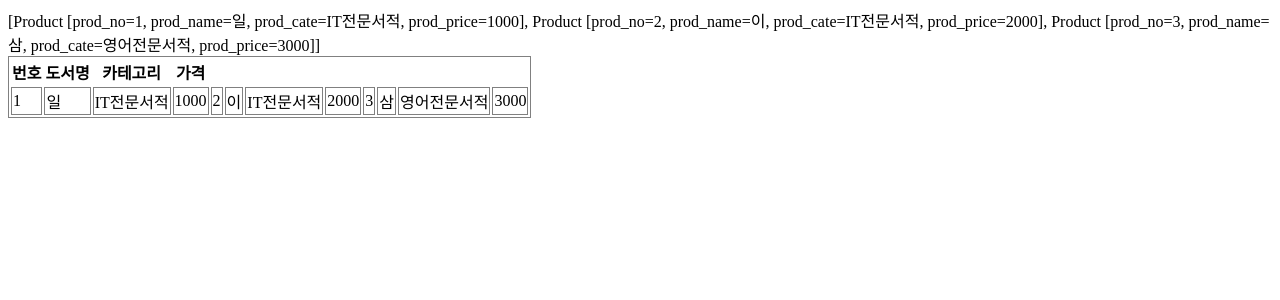
Repository: phoresis92/KITRI_JSP
Page: http://localhost/eljstl2/product.do
An editor plug-in stored every save of this project. The page is shown before and after the next save, followed by the edit.
The browser window is 1280 px wide. The pictures show the whole page.
The page is served by Tomcat 9. Other server files are loaded and not shown.

Above is the page before, as saved 2018-12-20 07:05:15.

### JSP_workspace/eljstl2/WebContent/productlistresult.jsp
<%@ page import="dto.Product"%>
<%@ page import="java.util.ArrayList"%>
<%@ page language="java" contentType="text/html; charset=UTF-8"
	pageEncoding="UTF-8"%>
<%@ taglib prefix="c" uri="http://java.sun.com/jsp/jstl/core" %>
<!DOCTYPE html>
<html>
<head>
<meta charset="UTF-8">
<title>Insert title here</title>

<style type="text/css">
td {
	border: 1px solid gray;
}
</style>

</head>
<body>

	<%-- 	<%
		ArrayList<Product> list = (ArrayList<Product>) request.getAttribute("PROD");
		Product p1 = list.get(0);
		Product p2 = list.get(1);
		Product p3 = list.get(2);
	%>

	<table style="border: 1px solid gray;">
		<tr>
			<th>번호</th>
			<th>도서명</th>
			<th>카테고리</th>
			<th>가격</th>
		</tr>
		<%
			for (Product p : list) {
		%>
		<tr>
			<td><%=p.getProd_no()%></td>
			<td><%=p.getProd_name()%></td>
			<td><%=p.getProd_cate()%></td>
			<td><%=p.getProd_price()%></td>
		</tr>
		<%
			}
		%>

	</table> --%>

	<c:set var="list" value="${ PROD }" />
	${ list } <br>
	<table style="border: 1px solid gray;">
		<tr>
			<th>번호</th>
			<th>도서명</th>
			<th>카테고리</th>
			<th>가격</th>
		</tr>

	<c:forEach items="${ list }" var="prod" varStatus="status">
		<td>${prod.prod_no}</td>
		<td>${prod.prod_name}</td>
		<td>${prod.prod_cate}</td>
		<td>${prod.prod_price}</td>
	</c:forEach>

	</table>

</body>
</html>

### JSP_workspace/eljstl2/src/control/ProductListServlet.java
package control;

import java.io.IOException;
import java.util.ArrayList;
import java.util.List;

import javax.servlet.RequestDispatcher;
import javax.servlet.ServletException;
import javax.servlet.annotation.WebServlet;
import javax.servlet.http.HttpServlet;
import javax.servlet.http.HttpServletRequest;
import javax.servlet.http.HttpServletResponse;

import dto.Category;
import dto.Product;

@WebServlet("/product.do")
public class ProductListServlet extends HttpServlet {
	private static final long serialVersionUID = -5727566417040289456L;

	@Override
	protected void doGet(HttpServletRequest req, HttpServletResponse resp) throws ServletException, IOException {

		List<Product> list = new ArrayList<>();

		Category cate = new Category("it", "IT전문서적");

		Product p1 = new Product("1", "일", cate, 1000);
		list.add(p1);
		Product p2 = new Product("2", "이", cate, 2000);
		list.add(p2);

		Category cate1 = new Category("en", "영어전문서적");
		Product p3 = new Product("3","삼", cate1, 3000);
		list.add(p3);

		req.setAttribute("PROD", list);
		String path = "/productlistresult.jsp";
		RequestDispatcher rd = req.getRequestDispatcher(path);
		rd.forward(req, resp);
	}



}

### JSP_workspace/eljstl2/src/dto/Category.java
package dto;

public class Category {

	private String cate_no;
	private String cate_name;

	public Category() {
		super();
	}

	public Category(String cate_no, String cate_name) {
		super();
		this.cate_no = cate_no;
		this.cate_name = cate_name;
	}



	@Override
	public String toString() {
		return cate_name;
	}

	public String getCate_no() {
		return cate_no;
	}
	public void setCate_no(String cate_no) {
		this.cate_no = cate_no;
	}
	public String getCate_name() {
		return cate_name;
	}
	public void setCate_name(String cate_name) {
		this.cate_name = cate_name;
	}

}

### JSP_workspace/eljstl2/src/dto/Product.java
package dto;

public class Product {

	private String prod_no;
	private String prod_name;
	private Category prod_cate;
	private int prod_price;



	@Override
	public String toString() {
		return "Product [prod_no=" + prod_no + ", prod_name=" + prod_name + ", prod_cate=" + prod_cate + ", prod_price="
				+ prod_price + "]";
	}

	public Product(String prod_no, String prod_name, Category prod_cate, int prod_price) {
		super();
		this.prod_no = prod_no;
		this.prod_name = prod_name;
		this.prod_cate = prod_cate;
		this.prod_price = prod_price;
	}

	public Product() {
		super();
	}

	public String getProd_no() {
		return prod_no;
	}
	public void setProd_no(String prod_no) {
		this.prod_no = prod_no;
	}
	public String getProd_name() {
		return prod_name;
	}
	public void setProd_name(String prod_name) {
		this.prod_name = prod_name;
	}
	public Category getProd_cate() {
		return prod_cate;
	}
	public void setProd_cate(Category prod_cate) {
		this.prod_cate = prod_cate;
	}
	public int getProd_price() {
		return prod_price;
	}
	public void setProd_price(int prod_price) {
		this.prod_price = prod_price;
	}

}

After the next save:
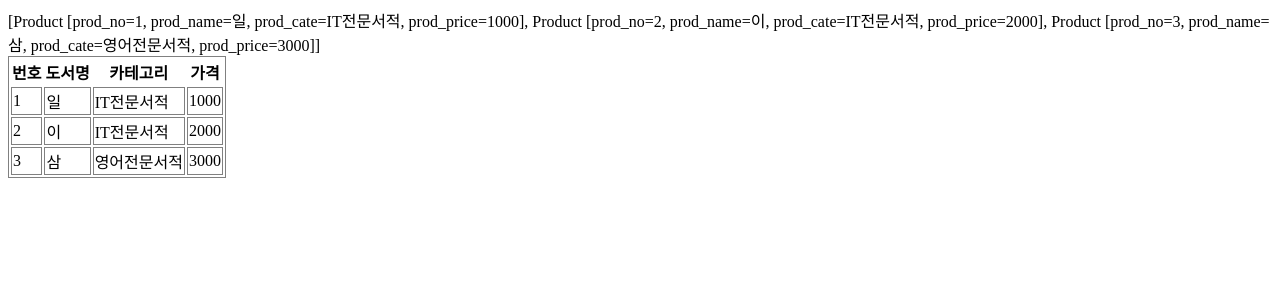
Saved 30 s later.
--- a/JSP_workspace/eljstl2/WebContent/productlistresult.jsp
+++ b/JSP_workspace/eljstl2/WebContent/productlistresult.jsp
@@ -2,7 +2,7 @@
 <%@ page import="java.util.ArrayList"%>
 <%@ page language="java" contentType="text/html; charset=UTF-8"
 	pageEncoding="UTF-8"%>
-<%@ taglib prefix="c" uri="http://java.sun.com/jsp/jstl/core" %>
+<%@ taglib prefix="c" uri="http://java.sun.com/jsp/jstl/core"%>
 <!DOCTYPE html>
 <html>
 <head>
@@ -48,7 +48,8 @@ td {
 	</table> --%>
 
 	<c:set var="list" value="${ PROD }" />
-	${ list } <br>
+	${ list }
+	<br>
 	<table style="border: 1px solid gray;">
 		<tr>
 			<th>번호</th>
@@ -57,12 +58,14 @@ td {
 			<th>가격</th>
 		</tr>
 
-	<c:forEach items="${ list }" var="prod" varStatus="status">
-		<td>${prod.prod_no}</td>
-		<td>${prod.prod_name}</td>
-		<td>${prod.prod_cate}</td>
-		<td>${prod.prod_price}</td>
-	</c:forEach>
+		<c:forEach items="${ list }" var="prod" varStatus="status">
+			<tr>
+				<td>${prod.prod_no}</td>
+				<td>${prod.prod_name}</td>
+				<td>${prod.prod_cate}</td>
+				<td>${prod.prod_price}</td>
+			</tr>
+		</c:forEach>
 
 	</table>
 
